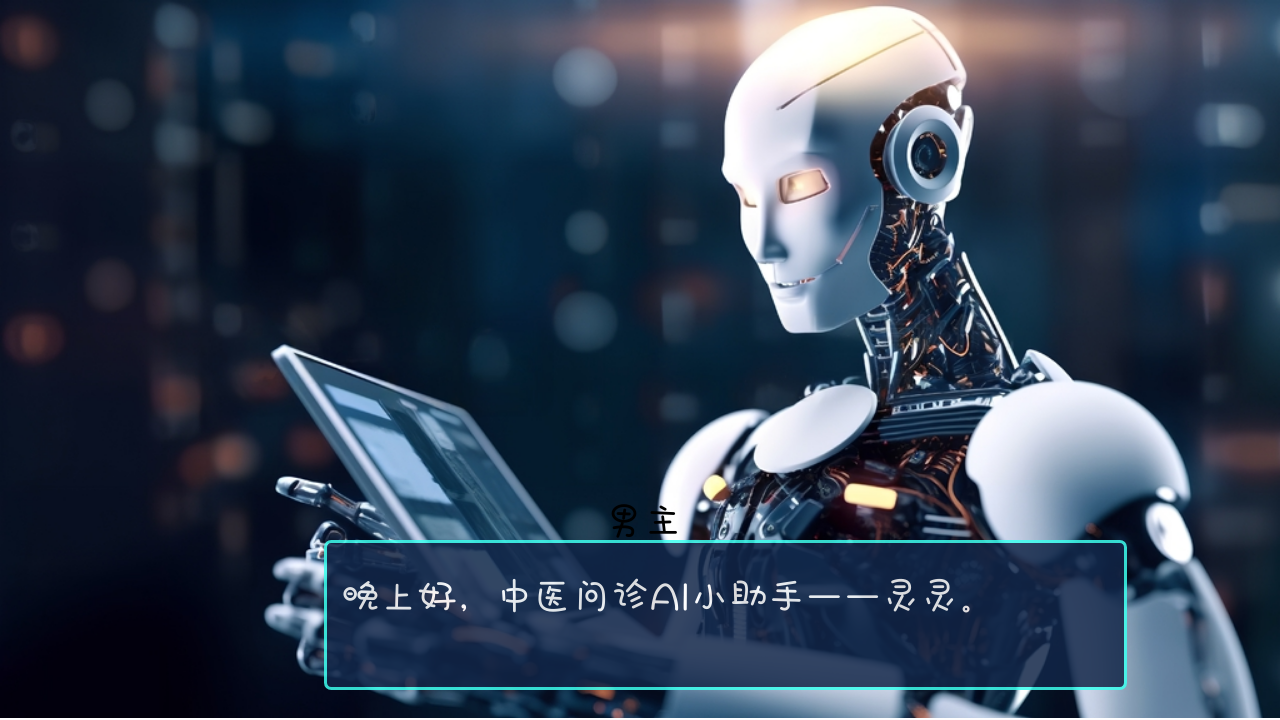
Repository: chjyume/zhongyi
Page: index3.html
An editor plug-in stored every save of this project. The page is shown before and after a run of saves, followed by the edit.
The browser window is 1280 px wide. The pictures show the whole page.

Above is the page before, as saved 2023-09-10 17:05:36.
Console error: ReferenceError: $ is not defined

After the next 2 saves:
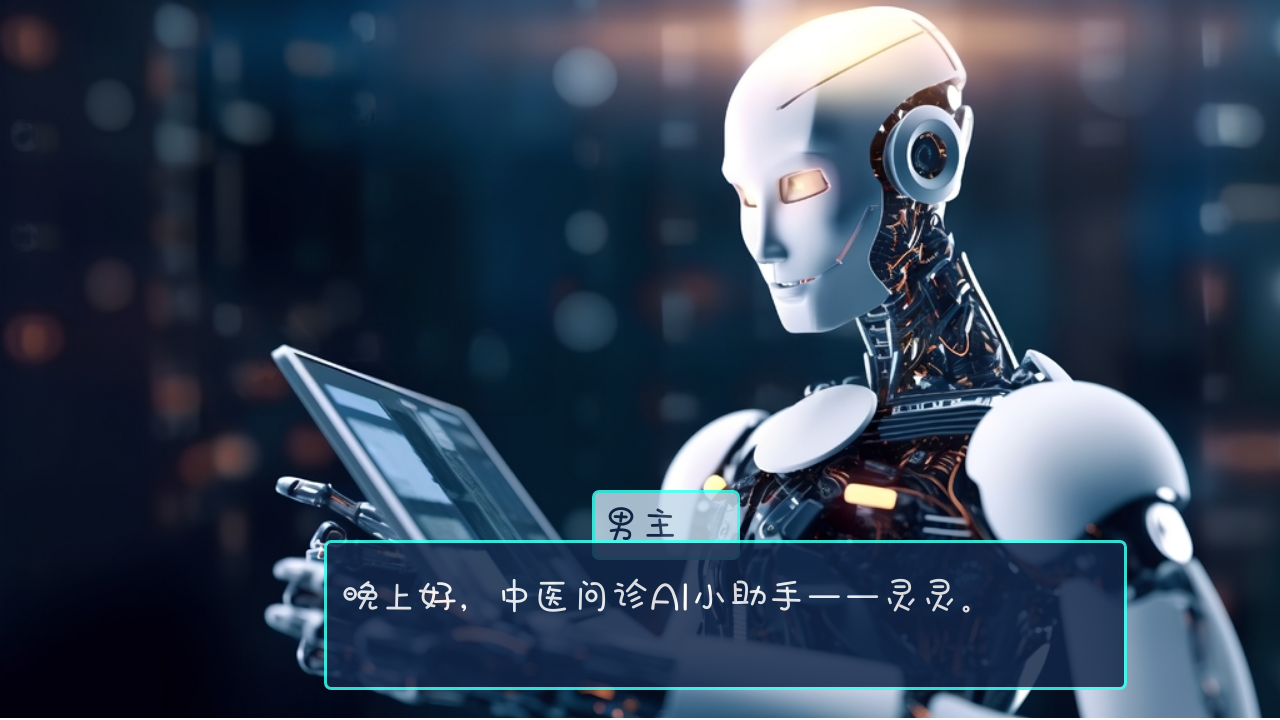
The 2 saves are shown as one change because they came seconds apart.
The last was saved 2 min 20 s later.
--- a/css/index3.css
+++ b/css/index3.css
@@ -28,6 +28,13 @@
       line-height: 3vw;
       top: 68vh;
       right: 75vh;
+
+      color: #122648;
+        background: #c2d9e9;
+        border: 0.5vh solid #3fffef;
+        border-radius: 1vh;
+        opacity: 0.85;
+        overflow: hidden;
 
   }
   #chosenDiv{
